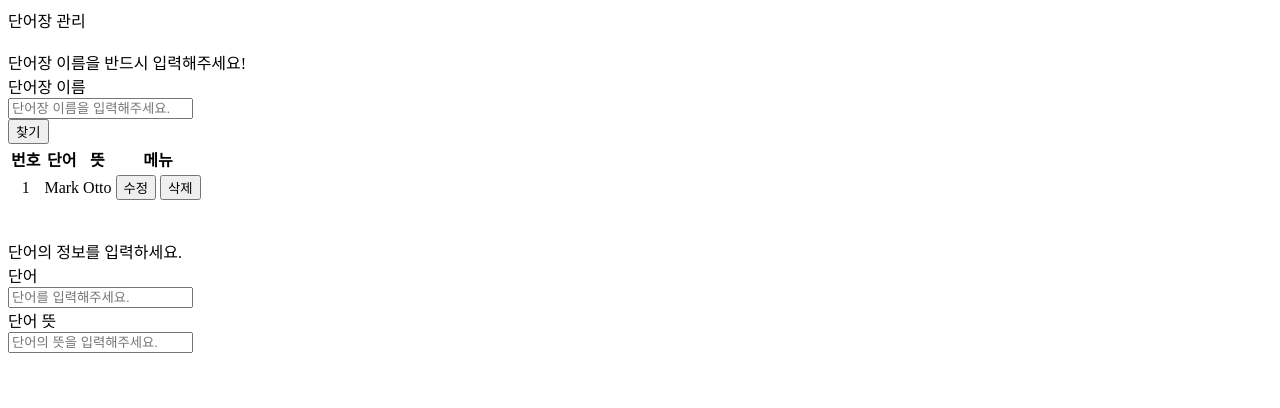
Repository: Pastelkun99/remembrance
Page: http://localhost/ProjectRemembrance/WEB-INF/views/menu_pages/11_makeWordCard.jsp
These files come from the project's save history. The page is drawn as it stood at one moment and after the next save; the edit follows.
The browser window is 1280 px wide. The pictures show the whole page.
The page is served by Tomcat 9. Nobody is signed in. Other server files are loaded and not shown. The template is opened directly, without the code that normally fills it, so the values that code supplies are empty.

Above is the page before, as saved 2019-08-28 00:52:28.

### ProjectRemembrance/src/main/webapp/WEB-INF/views/menu_pages/11_makeWordCard.jsp
<%@ page language="java" contentType="text/html; charset=UTF-8"
	pageEncoding="UTF-8"%>
<%@ taglib uri="http://java.sun.com/jsp/jstl/core" prefix="c"%>
<%@ taglib uri="http://www.springframework.org/tags/form" prefix="form"%>

<div class="container">
	<div class="alert alert-success" role="alert">단어장 관리</div>
	<br /> <label for="basic-url">단어장 이름을 반드시 입력해주세요!</label>
	<div class="input-group mb-3">
		<div class="input-group-prepend">
			<span class="input-group-text" id="basic-addon1">단어장 이름</span>
		</div>
		<input type="text" class="form-control" id="q_name"
			placeholder="단어장 이름을 입력해주세요." required="required"> </br>
			<button type="button" class="btn btn-primary">찾기</button>
	</div>
	<table class="table">
		<thead class="thead-light" align="center">
			<tr>
				<th scope="col" align="center">번호</th>
				<th scope="col" align="center">단어</th>
				<th scope="col" align="center">뜻</th>
				<th scope="col" align="center">메뉴</th>
			</tr>
		</thead>
		<tbody>
			<tr>
				<td scope="row" align="center">1</td>
				<td align="center">Mark</td>
				<td align="center">Otto</td>
				<td align="center">
				<button type="button" class="btn btn-success">수정</button>
				<button type="button" class="btn btn-danger">삭제</button>
				</td>
			</tr>
		</tbody>
	</table>

</div>



</br>
</br>
<div class="container" align="left">
	<label for="basic-url"> 단어의 정보를 입력하세요.</label>
	<div class="row">
		<div class="col">
			<div class="input-group mb-3">
				<div class="input-group-prepend">
					<span class="input-group-text" id="basic-addon1">단어</span>
				</div>
				<input type="text" class="form-control" id="q_front"
					placeholder="단어를 입력해주세요." required="required">
			</div>

		</div>
		<div class="col">
			<div class="input-group mb-3">
				<div class="input-group-prepend">
					<span class="input-group-text" id="basic-addon3">단어 뜻</span>
				</div>
				<input type="text" class="form-control" id="q_back"
					placeholder="단어의 뜻을 입력해주세요." required="required">
			</div>

		</div>
	</div>
</div>

After the next save:
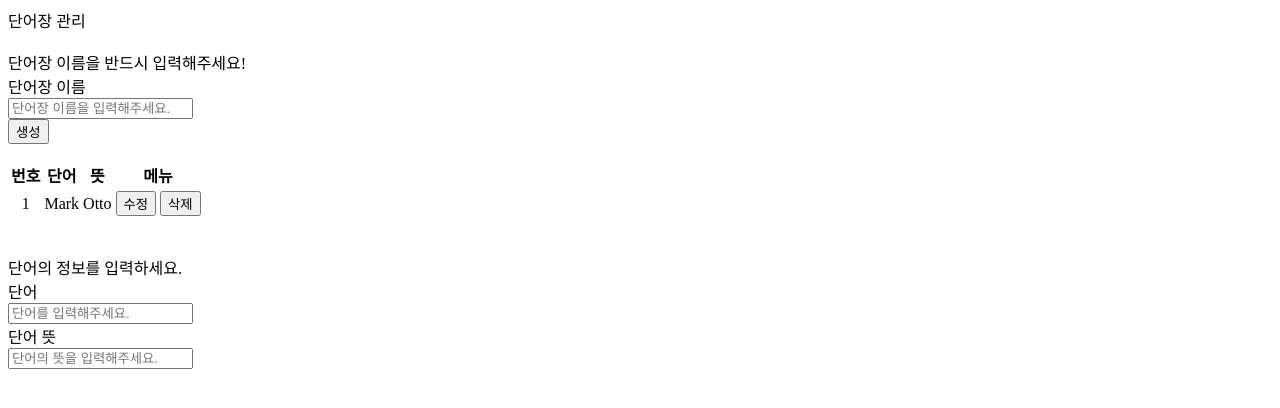
Saved 8 min 47 s later.
--- a/ProjectRemembrance/src/main/webapp/WEB-INF/views/menu_pages/11_makeWordCard.jsp
+++ b/ProjectRemembrance/src/main/webapp/WEB-INF/views/menu_pages/11_makeWordCard.jsp
@@ -10,9 +10,11 @@
 		<div class="input-group-prepend">
 			<span class="input-group-text" id="basic-addon1">단어장 이름</span>
 		</div>
+		<form action="${pageContext.request.contextPath }/wordcardCreate.do" method="POST">
 		<input type="text" class="form-control" id="q_name"
 			placeholder="단어장 이름을 입력해주세요." required="required"> </br>
-			<button type="button" class="btn btn-primary">찾기</button>
+			<button type="button" class="btn btn-primary">생성</button>
+		</form>
 	</div>
 	<table class="table">
 		<thead class="thead-light" align="center">
